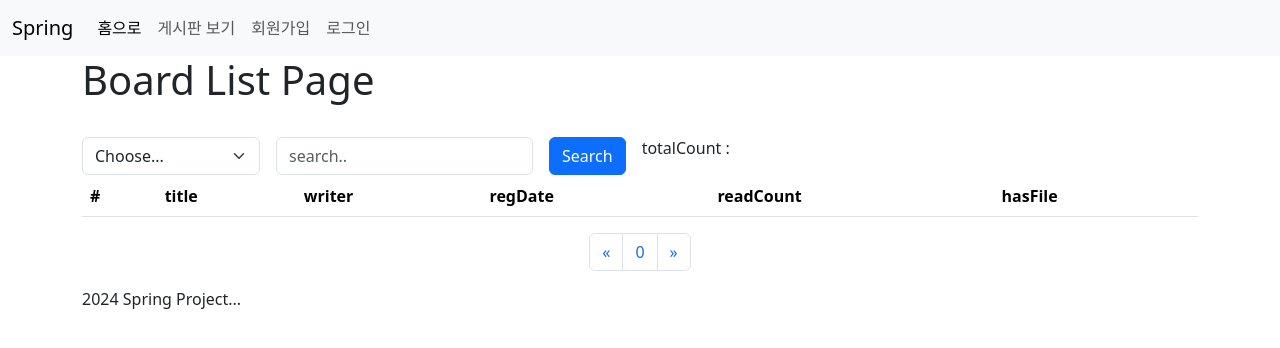
Repository: wanted2001/spring2_project
Page: http://localhost/spring_test2/WEB-INF/views/board/list.jsp
An editor plug-in stored every save of this project. The page is shown before and after the next save, followed by the edit.
The browser window is 1280 px wide. The pictures show the whole page.
The page is served by Tomcat 9. Nobody is signed in. The template is opened directly, without the code that normally fills it, so the values that code supplies are empty.

Above is the page before, as saved 2024-05-09 09:19:12.
Console error: TypeError: Cannot read properties of null (reading 'addEventListener')

After the next save:
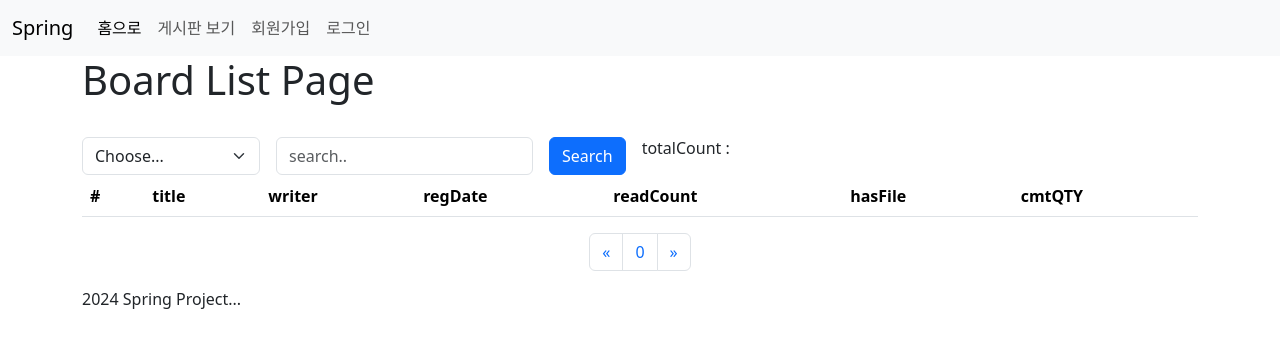
Saved 37 s later.
--- a/spring_test2/src/main/webapp/WEB-INF/views/board/list.jsp
+++ b/spring_test2/src/main/webapp/WEB-INF/views/board/list.jsp
@@ -40,6 +40,7 @@
 	  		<th>regDate</th>
 	  		<th>readCount</th>
 	  		<th>hasFile</th>
+	  		<th>cmtQTY</th>
 	  	</tr>
 	  </thead>
 	  <tbody>
